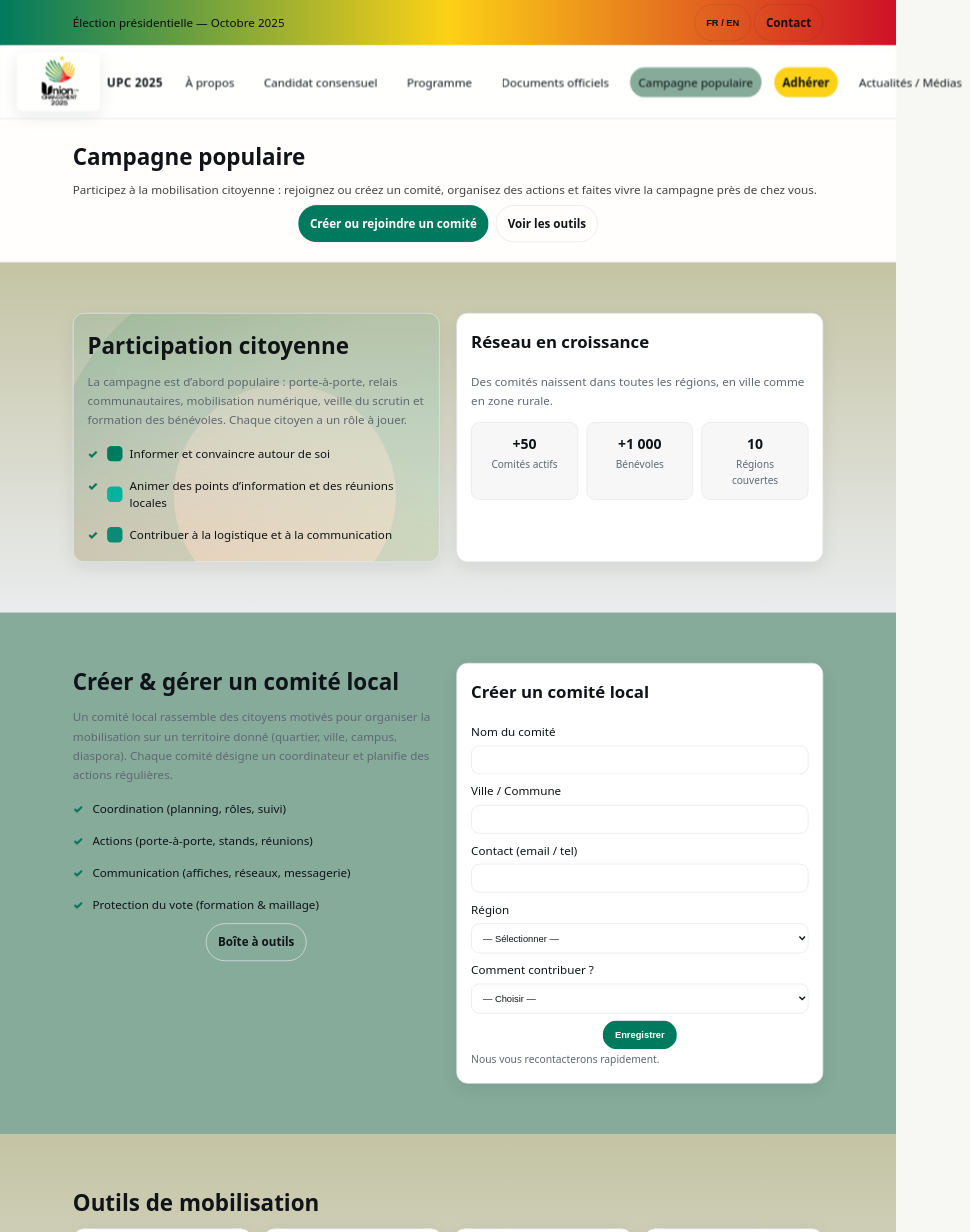
Repository: Kishny/upc2025
Page: campagne-populaire.html
The author's editor kept a copy of each file at every save. The page is drawn from the files as they stood at one save, then again after the next save.
The browser window is 1280 px wide. The page is 1386 px wide, so the pictures cover 1386 px, including what lies to the right of the window. The pictures show the part of the page from y = 0 to 1760 px (the page is 2779 px tall before and 3003 px after), at 70% of full size.

Above is the page before, as saved 2025-09-12 00:52:14.
Console error: ReferenceError: DICT_ABOUT is not defined

After the next save:
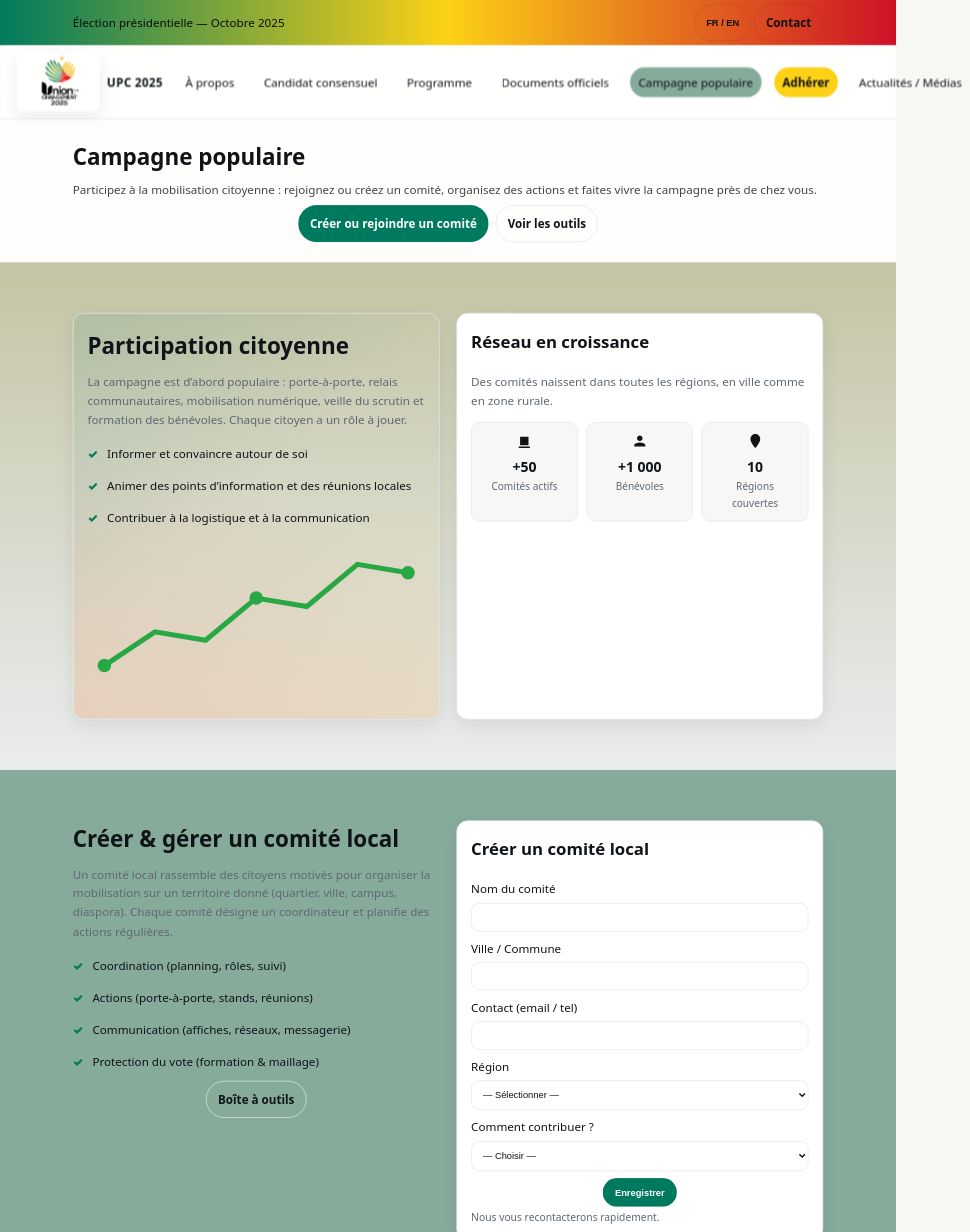
Saved 2 min 55 s later.
--- a/campagne-populaire.html
+++ b/campagne-populaire.html
@@ -99,67 +99,41 @@
     <section class="section">
       <div class="container grid-2">
         <!-- Bloc gauche -->
-        <div class="card gradient-cm has-decor">
-          <!-- décor SVG placé en arrière-plan -->
-          <svg
-            class="decor-chart"
-            viewBox="0 0 600 600"
-            aria-hidden="true"
-            focusable="false"
-          >
-            <!-- Donut simple -->
-            <defs>
-              <linearGradient id="g" x1="0" y1="0" x2="1" y2="1">
-                <stop offset="0" stop-color="#007a5e" />
-                <stop offset="1" stop-color="#02b39b" />
-              </linearGradient>
-            </defs>
-            <circle
-              cx="300"
-              cy="300"
-              r="220"
-              fill="none"
-              stroke="url(#g)"
-              stroke-width="160"
-              stroke-linecap="round"
-            />
-          </svg>
-
-          <!-- contenu au-dessus -->
-          <div class="card__content">
-            <h2 data-i18n="camp_participation_title">
-              Participation citoyenne
-            </h2>
-            <p data-i18n="camp_participation_text">
-              La campagne est d’abord populaire : porte-à-porte, relais
-              communautaires, mobilisation numérique, veille du scrutin et
-              formation des bénévoles. Chaque citoyen a un rôle à jouer.
-            </p>
-
-            <ul class="checklist">
-              <li>
-                <span class="li-ico" style="background: #007a5e"></span>
-                <span data-i18n="camp_participation_pt1"
-                  >Informer et convaincre autour de soi</span
-                >
-              </li>
-              <li>
-                <span class="li-ico" style="background: #02b39b"></span>
-                <span data-i18n="camp_participation_pt2"
-                  >Animer des points d’information et des réunions locales</span
-                >
-              </li>
-              <li>
-                <span class="li-ico" style="background: #0a8b76"></span>
-                <span data-i18n="camp_participation_pt3"
-                  >Contribuer à la logistique et à la communication</span
-                >
-              </li>
-            </ul>
+        <div class="card gradient-cm">
+          <h2 data-i18n="camp_participation_title">Participation citoyenne</h2>
+          <p data-i18n="camp_participation_text">
+            La campagne est d’abord populaire : porte-à-porte, relais
+            communautaires, mobilisation numérique, veille du scrutin et
+            formation des bénévoles. Chaque citoyen a un rôle à jouer.
+          </p>
+          <ul class="checklist">
+            <li data-i18n="camp_participation_pt1">
+              Informer et convaincre autour de soi
+            </li>
+            <li data-i18n="camp_participation_pt2">
+              Animer des points d’information et des réunions locales
+            </li>
+            <li data-i18n="camp_participation_pt3">
+              Contribuer à la logistique et à la communication
+            </li>
+          </ul>
+          <!-- Illustration en SVG -->
+          <div class="svg-illustration">
+            <svg viewBox="0 0 200 100" xmlns="http://www.w3.org/2000/svg">
+              <polyline
+                points="10,80 40,60 70,65 100,40 130,45 160,20 190,25"
+                fill="none"
+                stroke="#28a745"
+                stroke-width="3"
+              />
+              <circle cx="10" cy="80" r="4" fill="#28a745" />
+              <circle cx="100" cy="40" r="4" fill="#28a745" />
+              <circle cx="190" cy="25" r="4" fill="#28a745" />
+            </svg>
           </div>
         </div>
 
-        <!-- Bloc droit (stats) inchangé) -->
+        <!-- Bloc droite -->
         <div class="card">
           <h3 data-i18n="camp_stats_title">Réseau en croissance</h3>
           <p data-i18n="camp_stats_text">
@@ -168,18 +142,56 @@
           </p>
           <div class="stats">
             <div class="stat">
+              <!-- Icône en SVG -->
+              <svg
+                class="stat__icon"
+                xmlns="http://www.w3.org/2000/svg"
+                viewBox="0 0 24 24"
+                width="24"
+                height="24"
+              >
+                <path
+                  fill="currentColor"
+                  d="M4 22h16v-2H4v2zM6 18h12V6H6v12zm4-4h4v-2h-4v2z"
+                />
+              </svg>
               <div class="stat__value">+50</div>
               <div class="stat__label" data-i18n="camp_stat_committees">
                 Comités actifs
               </div>
             </div>
             <div class="stat">
+              <svg
+                class="stat__icon"
+                xmlns="http://www.w3.org/2000/svg"
+                viewBox="0 0 24 24"
+                width="24"
+                height="24"
+              >
+                <path
+                  fill="currentColor"
+                  d="M12 12c2.21 0 4-1.79 4-4S14.21 4 12 4 8 5.79 8 8s1.79 4 4 4zm0 2c-2.67 0-8
+              1.34-8 4v2h16v-2c0-2.66-5.33-4-8-4z"
+                />
+              </svg>
               <div class="stat__value">+1 000</div>
               <div class="stat__label" data-i18n="camp_stat_volunteers">
                 Bénévoles
               </div>
             </div>
             <div class="stat">
+              <svg
+                class="stat__icon"
+                xmlns="http://www.w3.org/2000/svg"
+                viewBox="0 0 24 24"
+                width="24"
+                height="24"
+              >
+                <path
+                  fill="currentColor"
+                  d="M12 2C8.13 2 5 5.13 5 9c0 5.25 7 13 7 13s7-7.75 7-13c0-3.87-3.13-7-7-7z"
+                />
+              </svg>
               <div class="stat__value">10</div>
               <div class="stat__label" data-i18n="camp_stat_regions">
                 Régions couvertes
